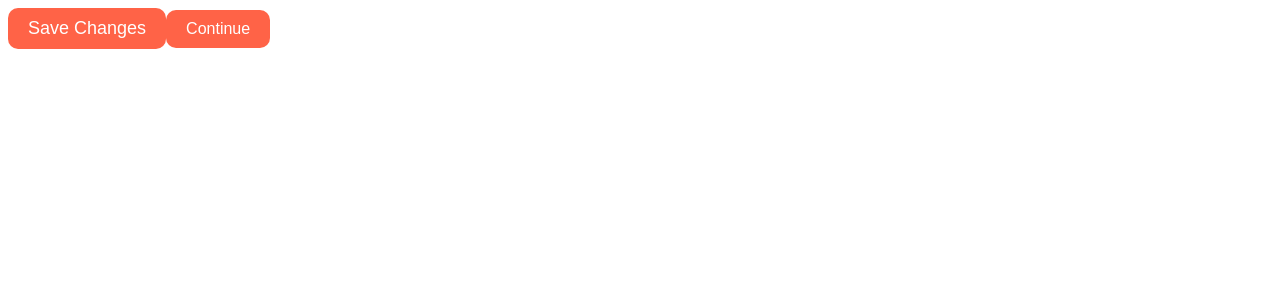
Repository: Leeminsu67/react-principle-study
Page: props.html
These files come from the project's save history. The page is drawn as it stood at one moment and after the next save; the edit follows.
The browser window is 1280 px wide. The pictures show the whole page.

Above is the page before, as saved 2024-08-01 19:51:56.

### props.html
<!DOCTYPE html>
<html lang="ko">
  <body>
    <div id="root"></div>
  </body>
  <script src="https://unpkg.com/react@17.0.2/umd/react.production.min.js"></script>
  <script src="https://unpkg.com/react-dom@17.0.2/umd/react-dom.production.min.js"></script>
  <script src="https://unpkg.com/@babel/standalone/babel.min.js"></script>
  <script type="text/babel">
    function Btn({ text, big }) {
      return (
        <button
          style={{
            backgroundColor: "tomato",
            color: "white",
            padding: "10px 20px",
            border: 0,
            borderRadius: 10,
            fontSize: big ? 18 : 16,
          }}
        >
          {text}
        </button>
      );
    }
    // App 컴포넌트
    const App = () => {
      // Btn({text:"Save Changes"});
      return (
        <div>
          <Btn text="Save Changes" big={true} />
          <Btn text="Continue" big={false} />
        </div>
      );
    };

    const root = document.getElementById("root");
    ReactDOM.render(<App />, root);
  </script>
</html>

After the next save:
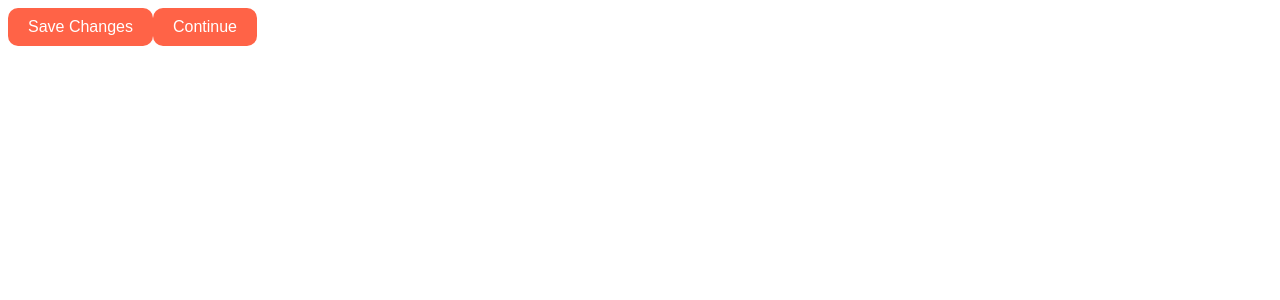
Saved 23 min 13 s later.
--- a/props.html
+++ b/props.html
@@ -7,7 +7,7 @@
   <script src="https://unpkg.com/react-dom@17.0.2/umd/react-dom.production.min.js"></script>
   <script src="https://unpkg.com/@babel/standalone/babel.min.js"></script>
   <script type="text/babel">
-    function Btn({ text, big }) {
+    function Btn({ text }) {
       return (
         <button
           style={{
@@ -16,7 +16,7 @@
             padding: "10px 20px",
             border: 0,
             borderRadius: 10,
-            fontSize: big ? 18 : 16,
+            fontSize: 16,
           }}
         >
           {text}
@@ -28,8 +28,8 @@
       // Btn({text:"Save Changes"});
       return (
         <div>
-          <Btn text="Save Changes" big={true} />
-          <Btn text="Continue" big={false} />
+          <Btn text="Save Changes" />
+          <Btn text="Continue" />
         </div>
       );
     };
